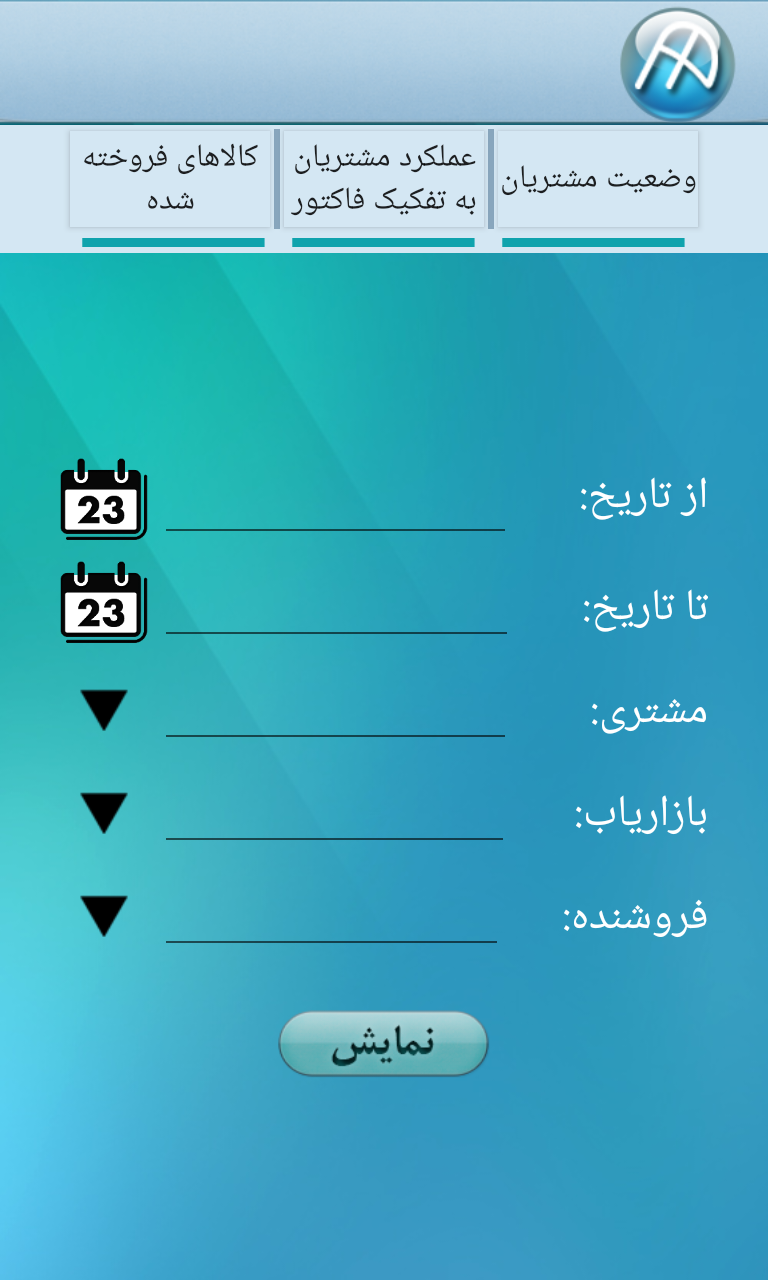
Repository: AtiehPardaz/Reports-Mobile
Layout: Reportsmobile/res/layout/activity_forosh.xml
The author's editor kept a copy of each file at every save. The layout is drawn from the files as they stood at one save, then again after the next save.
It is drawn on a 768 x 1280 px phone screen (xhdpi) without system bars, with theme AppTheme; the app's code is not run.

Above is the layout before, as saved 2015-03-08 15:52:46.

After the next save:
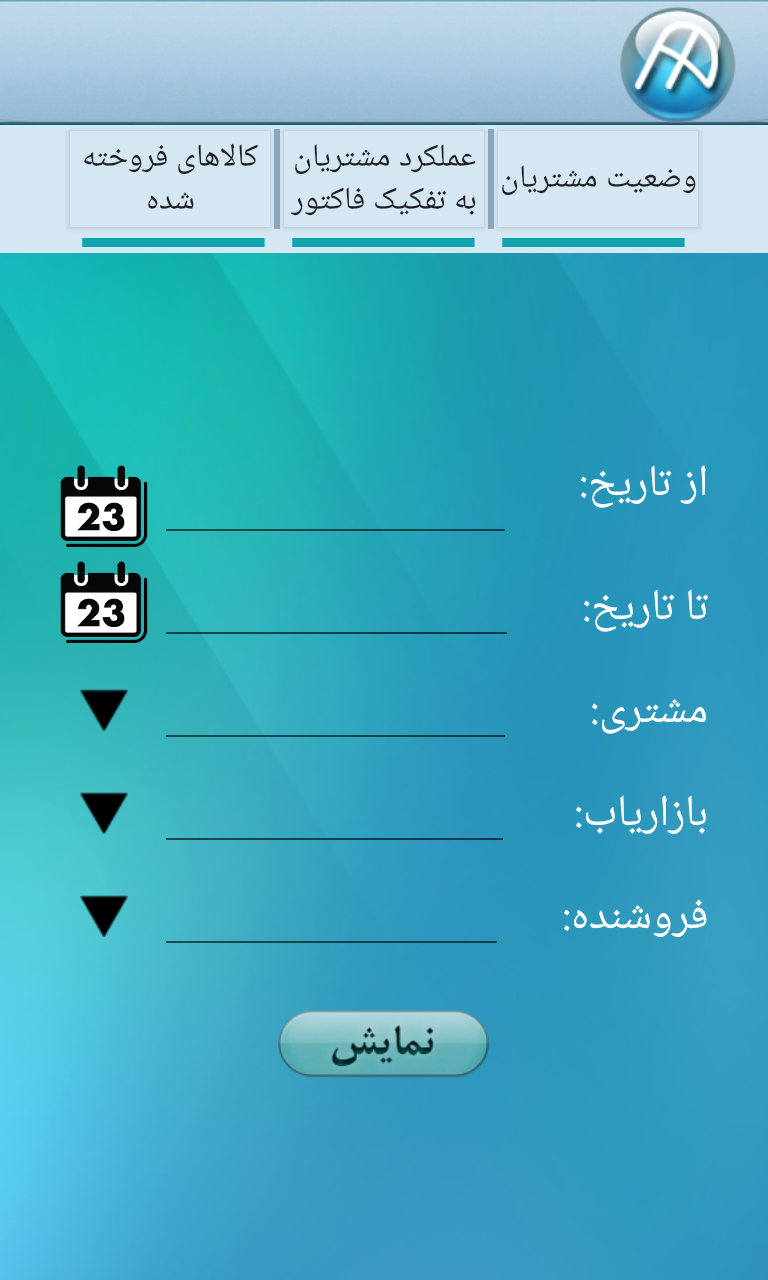
Saved 3 min 22 s later.
--- a/Reportsmobile/res/layout/activity_forosh.xml
+++ b/Reportsmobile/res/layout/activity_forosh.xml
@@ -115,6 +115,8 @@
         <LinearLayout
             android:layout_width="match_parent"
             android:layout_height="wrap_content"
+            android:layout_gravity="center"
+            android:gravity="center"
             android:orientation="horizontal" >
 
             <ImageButton
@@ -136,6 +138,7 @@
                 android:id="@+id/textView1"
                 android:layout_width="wrap_content"
                 android:layout_height="wrap_content"
+                android:layout_gravity="left"
                 android:layout_weight="1"
                 android:gravity="right"
                 android:text="از تاریخ:"
